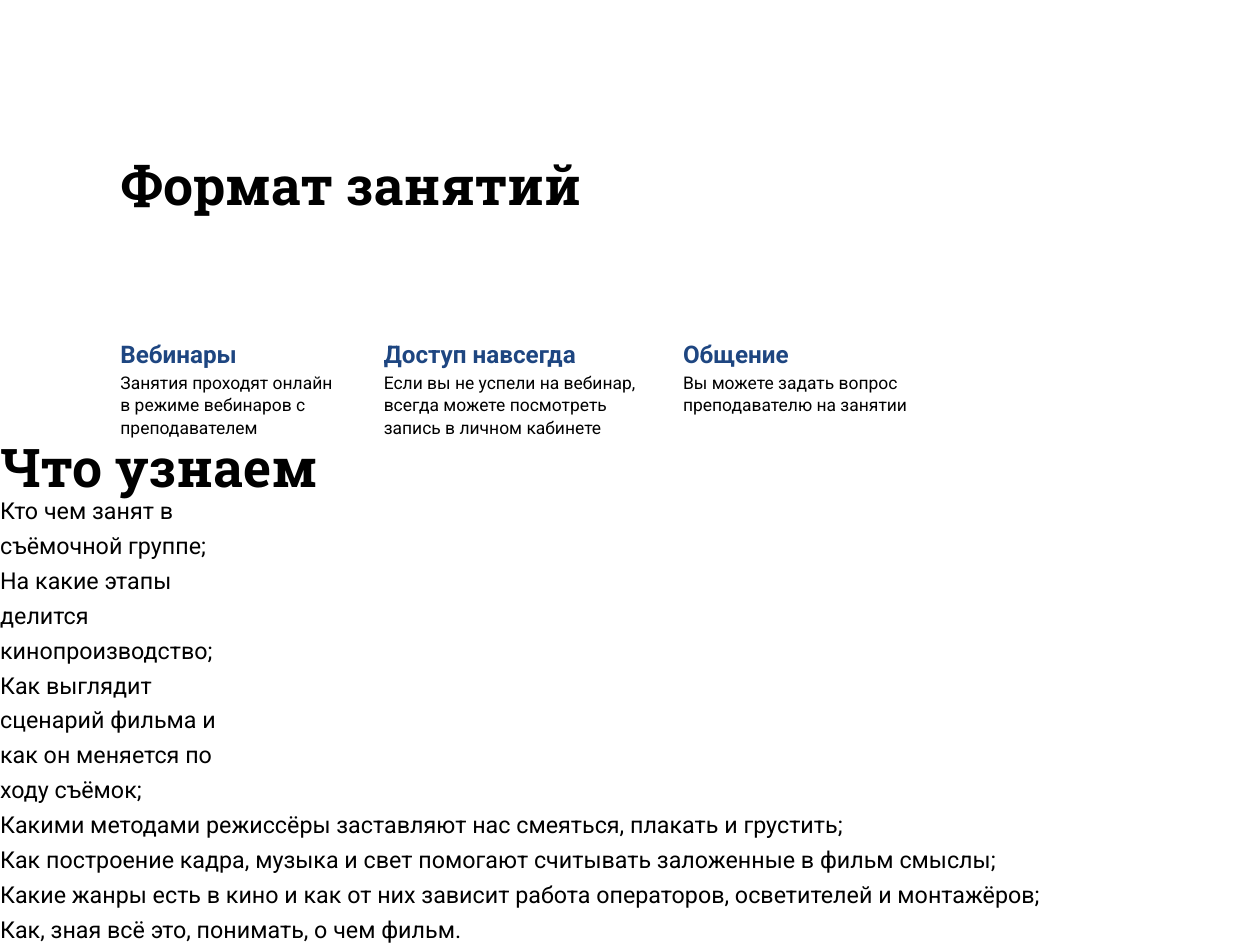
Repository: PoladEziz/Task2
Page: index.html
The author's editor kept a copy of each file at every save. The page is drawn from the files as they stood at one save, then again after the next save.
The browser window is 1280 px wide. The pictures show the whole page, at 97% of full size.

Above is the page before, as saved 2023-05-04 17:38:01.

### index.html
<!DOCTYPE html>
<html lang="en">

<head>
    <meta charset="UTF-8">
    <meta http-equiv="X-UA-Compatible" content="IE=edge">
    <meta name="viewport" content="width=device-width, initial-scale=1.0">
    <title>Document</title>
    <link rel="stylesheet" href="index.css">
</head>

<body>
    <div class="main">
        <div class="page-1">
            <h1>Формат занятий</h1>
            <div class="top_child">

                <ul>
                    <li>
                        <h2>Вебинары</h2>
                        <p>Занятия проходят онлайн
                            в режиме вебинаров
                            с преподавателем</p>
                    </li>

                    <li>
                        <h2>Доступ навсегда</h2>
                        <p>Если вы не успели на вебинар, всегда можете посмотреть запись в личном кабинете</p>
                    </li>

                    <li>
                        <h2>Общение</h2>
                        <p>Вы можете задать вопрос
                            преподавателю на занятии</p>
                    </li>


                </ul>
            </div>

        </div>
        <div class="page-2">
            <h1>Что узнаем</h1>
            <ul>
                <li>Кто чем занят в съёмочной группе; </li>
                <li>На какие этапы делится кинопроизводство; </li>
                <li>Как выглядит сценарий фильма и как он меняется по ходу съёмок; </li>
                <li>Какими методами режиссёры заставляют нас смеяться, плакать и грустить; </li>
                <li>Как построение кадра, музыка и свет помогают считывать заложенные в фильм смыслы; </li>
                <li>Какие жанры есть в кино и как от них зависит работа операторов, осветителей и монтажёров; </li>
                <li>Как, зная всё это, понимать, о чем фильм.</li>
            </ul>




        </div>


    </div>
</body>

</html>

### index.css
@import url("https://fonts.googleapis.com/css2?family=Roboto+Slab:wght@700&family=Roboto:wght@700&display=swap");
@import url("https://fonts.googleapis.com/css2?family=Roboto&family=Roboto+Slab:wght@700&display=swap");

* {
  margin: 0;
  padding: 0;
}

.main {
  width: 100%;
  display: flex;
  flex-direction: column;
}

.page-1 {
  padding-top: 162px;
  padding-left: 124px;
  padding-right: 344px;
}

.page-1 h1 {
  margin-bottom: 133px;
  font-family: "Roboto Slab";
  font-style: normal;
  font-weight: 700;
  font-size: 55px;
  line-height: 55px;
}
.page-1 ul {
  width: 100%;
  display: flex;
  justify-content: space-between;
}
.page-1 ul li {
  list-style-type: none;
}
li:nth-child(1) {
  width: 223px;
}
li:nth-child(2) {
  width: 260px;
}
li:nth-child(3) {
  width: 232px;
}
.page-1 ul li h2 {
  font-family: "Roboto";
  font-style: normal;
  font-weight: 700;
  font-size: 25px;
  line-height: 130%;
  color: #1e4681;
}

.page-1 ul li p {
  font-family: "Roboto";
  font-style: normal;
  font-weight: 400;
  font-size: 18px;
  line-height: 130%;
}

.page-2 {
  display: flex;
  flex-direction: row;
  width: 100%;
}

.page-1 h1 {
  width: 100%;
}

.page-2 {
    background-color: ;
  width: 100%;
  display: flex;
  flex-direction: column;
}

.page-2 h1 {
  font-family: Roboto Slab;
  font-size: 55px;
  font-weight: 700;
  line-height: 56px;
  text-align: left;
}

.page-2 ul li {
  font-family: Roboto;
  font-size: 24px;
  font-weight: 400;
  line-height: 36px;
  text-align: left;
}

After the next save:
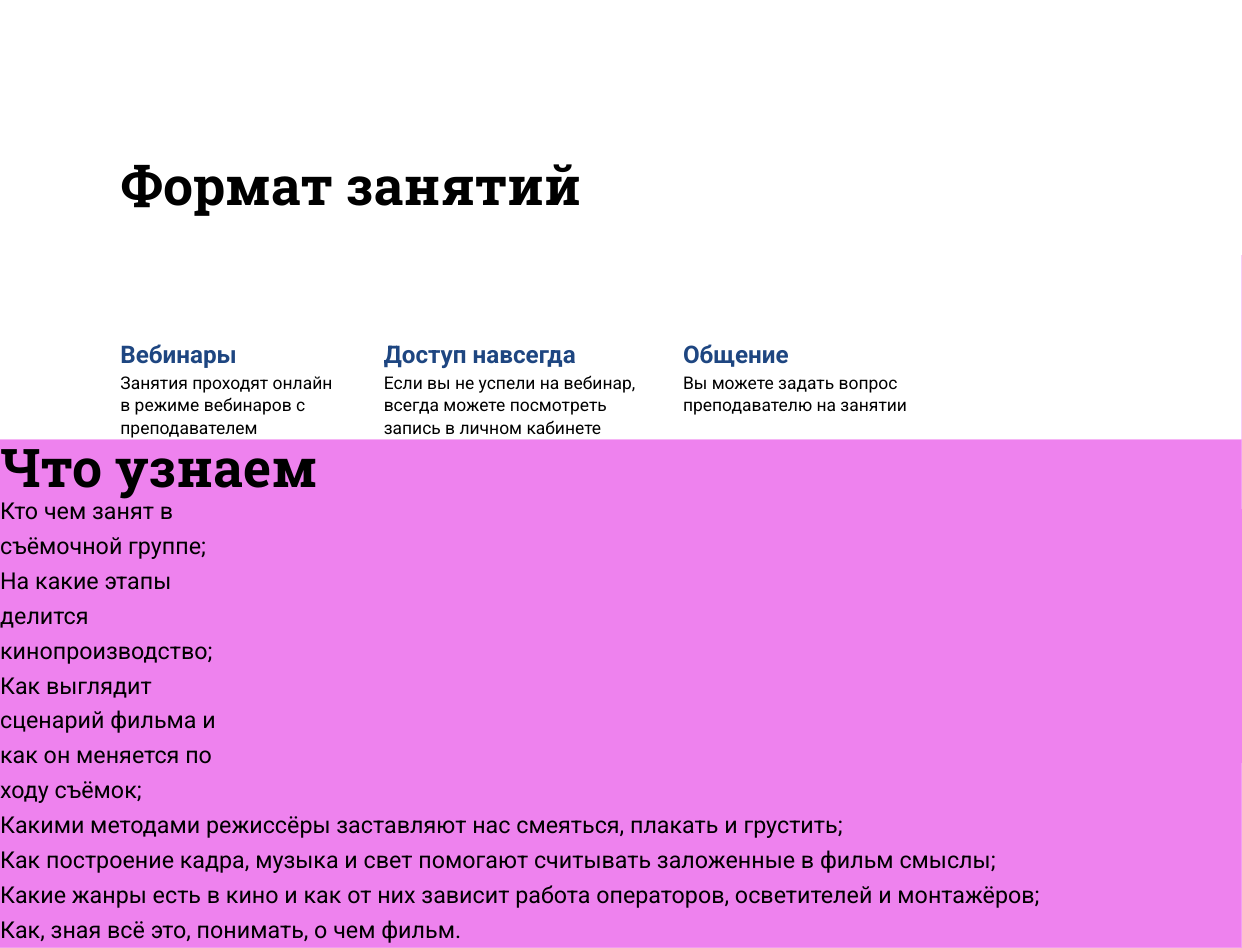
Saved 5 s later.
--- a/index.css
+++ b/index.css
@@ -71,7 +71,7 @@ li:nth-child(3) {
 }
 
 .page-2 {
-    background-color: ;
+    background-color: violet;
   width: 100%;
   display: flex;
   flex-direction: column;
